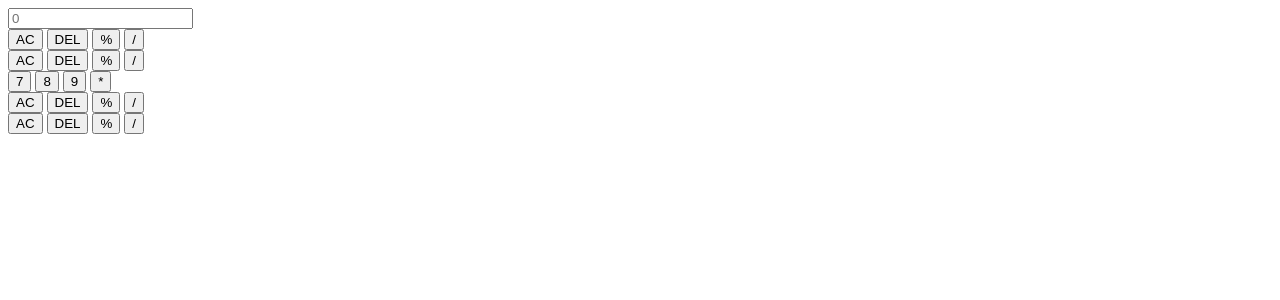
Repository: vaibhav1281/Calculator
Page: index.html
These files come from the project's save history. The page is drawn as it stood at one moment and after a run of saves; the edit follows.
The browser window is 1280 px wide. The pictures show the whole page.

Above is the page before, as saved 2023-05-06 19:38:20.

### index.html
<!DOCTYPE html>
<html lang="en">
<head>
    <meta charset="UTF-8">
    <meta http-equiv="X-UA-Compatible" content="IE=edge">
    <meta name="viewport" content="width=device-width, initial-scale=1.0">
    <title>Calculator - By Vaibhav Saroj</title>
    <link rel="stylesheet" href="styles.css">
</head>
<body>
    <div class="calcurator">
        <input type="text" placeholder="0">
        <div>
            <button>AC</button>
            <button>DEL</button>
            <button>%</button>
            <button>/</button>
        </div>
        <div>
            <button>AC</button>
            <button>DEL</button>
            <button>%</button>
            <button>/</button>
        </div>
        <div>
            <button>7</button>
            <button>8</button>
            <button>9</button>
            <button>*</button>
        </div>
        <div>
            <button>AC</button>
            <button>DEL</button>
            <button>%</button>
            <button>/</button>
        </div>
        <div>
            <button>AC</button>
            <button>DEL</button>
            <button>%</button>
            <button>/</button>
        </div>
    </div>


    <script src="index.js"></script>
</body>
</html>

Loaded but not shown: index.js (no copy from this time; the picture is the same without it); styles.css (no copy from this time; the picture is the same without it)

After the next 5 saves:
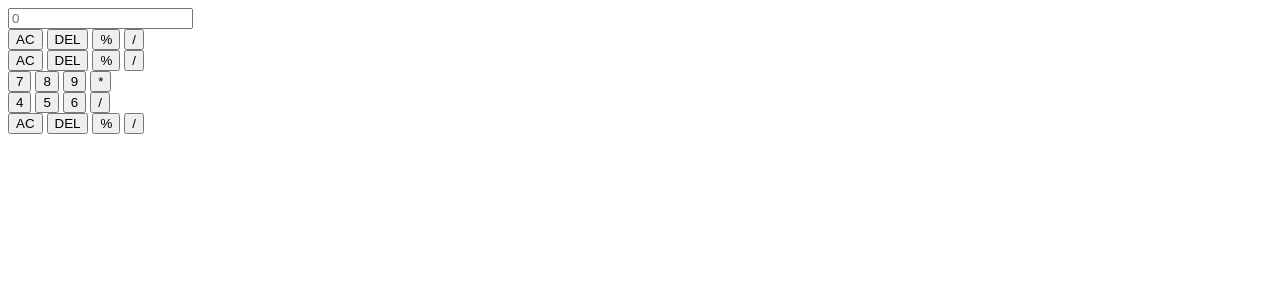
The 5 saves are shown as one change because they came seconds apart.
The last was saved 39 s later.
--- a/index.html
+++ b/index.html
@@ -29,9 +29,9 @@
             <button>*</button>
         </div>
         <div>
-            <button>AC</button>
-            <button>DEL</button>
-            <button>%</button>
+            <button>4</button>
+            <button>5</button>
+            <button>6</button>
             <button>/</button>
         </div>
         <div>
